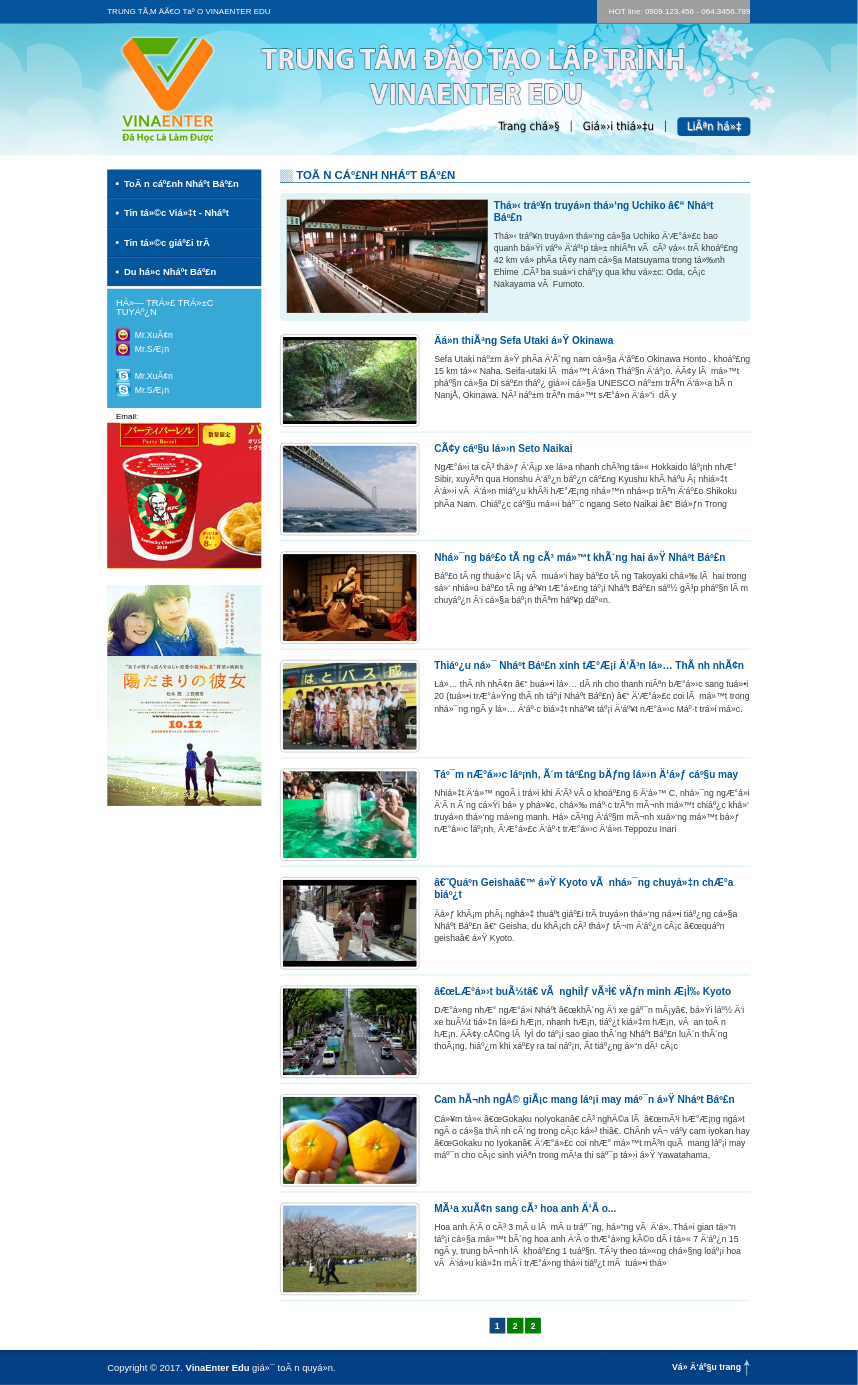
Repository: leducnam1805/JSP-SERVLET
Page: http://localhost/baiTap1/views/BT3/danhmuc.jsp
These files come from the project's save history. The page is drawn as it stood at one moment and after the next save; the edit follows.
The browser window is 1280 px wide. The pictures show the whole page, at 67% of full size.
Pictures or frames that could not be fetched are drawn as grey boxes. Some web libraries are served in a nearby version. The page is served by Tomcat 9.

Above is the page before, as saved 2020-06-24 06:32:36.

After the next save:
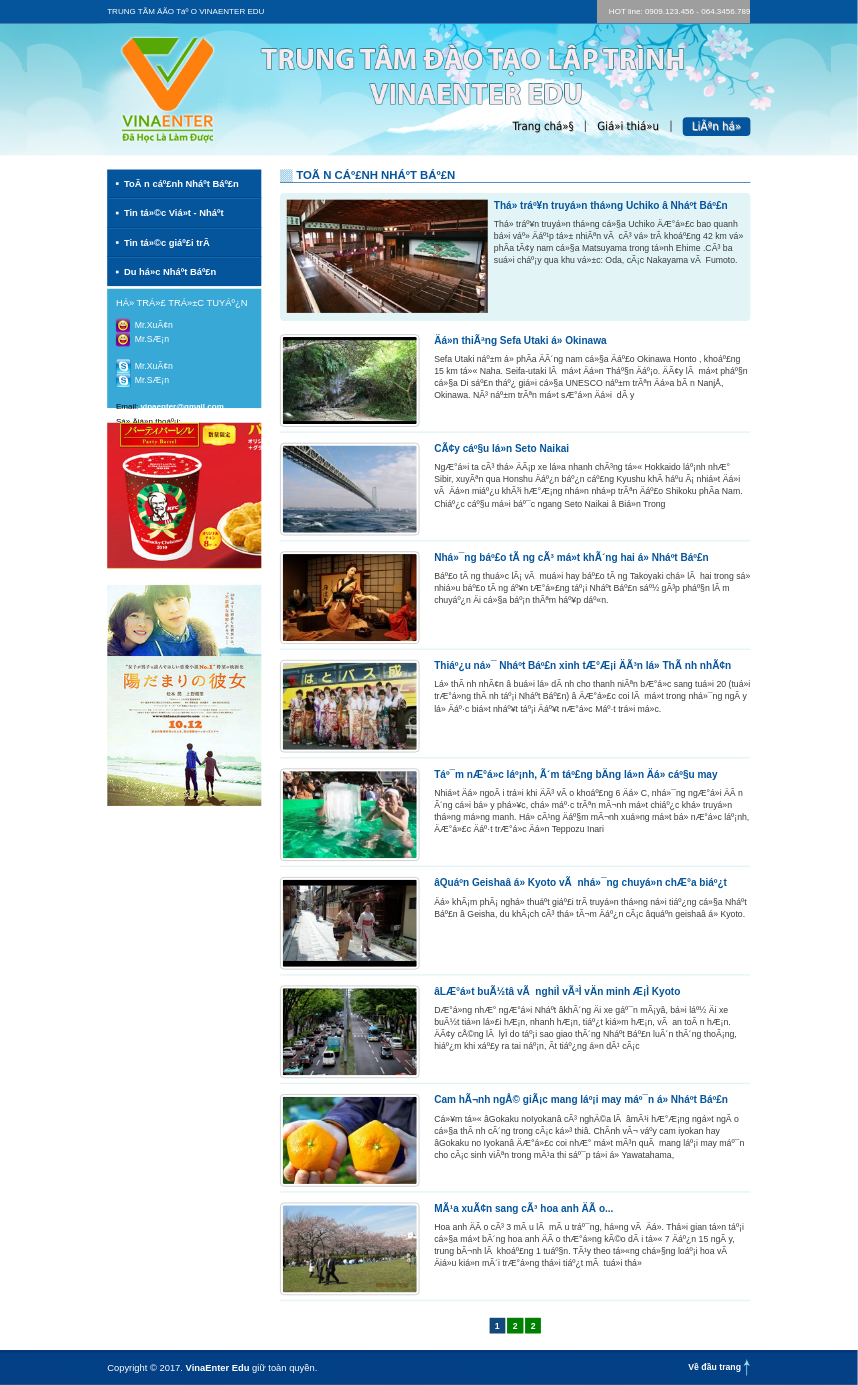
Saved 42 s later.
--- a/loiGiai/baiTap1/WebContent/views/BT3/danhmuc.jsp
+++ b/loiGiai/baiTap1/WebContent/views/BT3/danhmuc.jsp
@@ -354,19 +354,4 @@
 				<div class="clr"></div>
 			</div>
 		</div>
-		<div id="footer">
-			<div class="main-content">
-				<p class="fl">
-					Copyright &copy; 2017. <span>VinaEnter Edu</span> giữ toàn quyền.
-				</p>
-				<div class="search fl">&nbsp;</div>
-				<div class="backtotop fr">
-					<a href="#totop" title="">Về đầu trang</a>
-				</div>
-				<div class="clr"></div>
-			</div>
-		</div>
-
-	</div>
-</body>
-</html>
+		<%@include file="/views/BT3/inc/footer.jsp"%>
